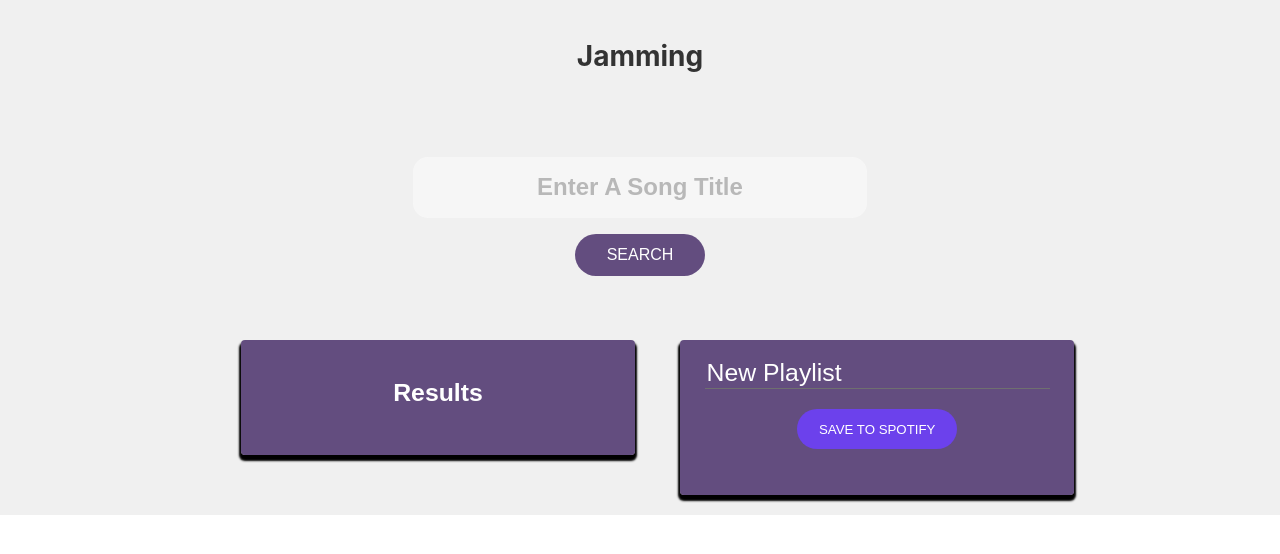
Repository: LolaSL/jamming
Page: /
The author's editor kept a copy of each file at every save. The page is drawn from the files as they stood at one save, then again after the next save.
The browser window is 1280 px wide. The pictures show the whole page.
The project was rebuilt for these pictures with package versions that can differ from the ones it lists, and the page was loaded fresh each time. Also part of the build but not shown: src/components/Track/Track.css, src/components/Track/Track.jsx.

Above is the page before, as saved 2023-06-23 17:56:23.

### src/App/App.js
import React, { useState, useCallback } from "react";
import "./App.css";

import Playlist from "../components/PlayList/PlayList.jsx";
import SearchBar from "../components/SearchBar/SearchBar";
import SearchResults from "../components/SearchResults/SearchResults";
import Spotify from "../utils/Spotify";

const App = () => {
  const [searchResults, setSearchResults] = useState([]);
  const [playlistName, setPlaylistName] = useState("New Playlist");
  const [playlistTracks, setPlaylistTracks] = useState([]);

  const search = useCallback(async (term) => {
    const results = await Spotify.search(term);
    setSearchResults(results);
  }, []);

  const addTrack = useCallback((track) => {
    if (playlistTracks.some((savedTrack) => savedTrack.id === track.id)) {
      return;
    }
    setPlaylistTracks((prevTracks) => [...prevTracks, track]);
  }, [playlistTracks]);

  const removeTrack = useCallback((track) => {
    setPlaylistTracks((prevTracks) =>
      prevTracks.filter((currentTrack) => currentTrack.id !== track.id)
    );
  }, []);

  const updatePlaylistName = useCallback((name) => {
    setPlaylistName(name);
  }, []);

  const savePlaylist = useCallback(async () => {
    const trackUris = playlistTracks.map((track) => track.uri);
    await Spotify.savePlaylist(playlistName, trackUris);
    setPlaylistName("New Playlist");
    setPlaylistTracks([]);
  }, [playlistName, playlistTracks]);

  return (
    <div className="App-container" data-testid="app-test">
      <h1>
        Jamming
      </h1>
      <SearchBar onSearch={search} />
      <div className="App-playlist">
          <SearchResults searchResults={searchResults} onAdd={addTrack} />
          <Playlist
            playlistName={playlistName}
            playlistTracks={playlistTracks}
            onNameChange={updatePlaylistName}
            onRemove={removeTrack}
            onSave={savePlaylist}
        />
      </div>
      </div>
  );
};

export default App;
;

### src/App/App.css
body,
html,
#root {
  height: 100%;

}

/* CSS for App-container */
.App-container {
  display: flex;
  flex-direction: column;
  align-items: center;
  padding: 20px;
  background-color: #f0f0f0;
}

/* CSS for h1 */
h1 {
  font-size: 28px;
  margin-bottom: 20px;
  color: #333;
}

/* CSS for SearchBar */
.SearchBar {
  display: flex;
  justify-content: center;
  align-items: center;
  margin-bottom: 20px;
}

/* CSS for App-playlist */
.App-playlist {
  display: grid;
  grid-template-columns: 1fr 1fr;
  grid-gap:80px;
}

/* CSS for SearchResults and Playlist components */
.SearchResults,
.Playlist {
  background-color: #fff;
  padding: 20px;
  border-radius: 4px;
  box-shadow: 0 2px 4px rgba(0, 0, 0, 0.1);
}

/*
.App-container{
  flex-wrap: wrap;
  height: 150%;
  padding: 0 17% 10% 17%;
  background-image: url('./background.jpg');
  opacity: 0.95;
  background-size: cover;
  overflow: hidden;
  background-position: center;
  background-repeat: no-repeat;
  font-family: 'Work Sans', sans-serif;
  font-weight: 500;
  color: #56649f;
  text-align: center;
  max-width: 100%;

}
h1{
  font-family:'Segoe UI', Tahoma, Geneva, Verdana, sans-serif;
  text-transform: uppercase;
  letter-spacing: 20px;
  color: #ffffff;
  font-size: 4rem;
  margin-top: 60px;
}
.App-playlist{
  display: flex;
  flex-wrap: wrap;
  align-items: justify;
  column-gap: 30px;
  width:500px;
  margin: 0 auto;

}

@media screen and (max-width: 400px) {
  .App-container {
    width: 70%;
    height: auto;
    align-items: center;
  }
}

@media screen and (max-width: 800px) {
  .App-container {
    width:75%;
    height: auto;
    align-items: center;
  }
}
@media only screen and (max-width: 1220px) {
  .App-container {
    width: 90%;
    height: auto;
    align-items: center;
  }
}
@media only screen and (max-width: 1620px) {
  .App-container {
    width: 100%;
    height: auto;
    align-items: center;
  }
} */

### src/components/PlayList/PlayList.jsx
import React, { useCallback } from "react";
import PropTypes from "prop-types";
import "./PlayList.css";
import TrackList from "../TrackList/TrackList";

const Playlist = ({
  onNameChange,
  playlistTracks,
  onRemove,
  onSave
}) => {
  const handleNameChange = useCallback((event) => {
    onNameChange(event.target.value);
  }, [onNameChange]);

  return (
    <div className="Playlist">
      <input onChange={handleNameChange} defaultValue={"New Playlist"} />
      <TrackList
        tracks={playlistTracks}
        isRemoval={true}
        onRemove={onRemove}
      />
      <button className="Playlist-save" onClick={onSave}>
        SAVE TO SPOTIFY
      </button>
    </div>
  );
};

Playlist.propTypes = {
  onNameChange: PropTypes.func,
  playlistTracks: PropTypes.array,
  onRemove: PropTypes.func,
  onSave: PropTypes.func
};

export default Playlist;

### src/components/SearchBar/SearchBar.jsx
import React, { useState, useCallback } from "react";
import "./SearchBar.css";

const SearchBar = ({ onSearch }) => {
  const [term, setTerm] = useState("");

  const handleTermChange = useCallback((event) => {
    setTerm(event.target.value);
  }, []);

  const search = useCallback(() => {
    onSearch(term);
  }, [onSearch, term]);

  return (
    <div className="SearchBar">
      <input placeholder="Enter A Song Title" onChange={handleTermChange} />
      <button className="SearchButton" onClick={search}>
        SEARCH
      </button>
    </div>
  );
};

export default SearchBar;

### src/components/SearchResults/SearchResults.jsx
import React from "react";
import "./SearchResults.css";
import TrackList from "../TrackList/TrackList";

const SearchResults = ({ searchResults, onAdd }) => {
  return (
    <div className="SearchResults">
      <h2>Results</h2>
      <TrackList tracks={searchResults} onAdd={onAdd} />
    </div>
  );
};

export default SearchResults;

### src/utils/Spotify.js
const clientId = 'a18dfb23f21c4bf69aa0c5c6ac72acdc'; // Insert client ID here.
const redirectUri = 'http://localhost:3000/'; // Have to add this to your accepted Spotify redirect URIs on the Spotify API.

let accessToken;

const Spotify = {
  getAccessToken() {
    if (accessToken) {
      return accessToken;
    }

    const accessTokenMatch = window.location.href.match(/access_token=([^&]*)/);
    const expiresInMatch = window.location.href.match(/expires_in=([^&]*)/);
    if (accessTokenMatch && expiresInMatch) {
      accessToken = accessTokenMatch[1];
      const expiresIn = Number(expiresInMatch[1]);
      window.setTimeout(() => accessToken = '', expiresIn * 1000);
      window.history.pushState('Access Token', null, '/'); // This clears the parameters, allowing us to grab a new access token when it expires.
      return accessToken;
    } else {
      const accessUrl = `https://accounts.spotify.com/authorize?client_id=${clientId}&response_type=token&scope=playlist-modify-public&redirect_uri=${redirectUri}`;
      window.location = accessUrl;
    }
  },

  async search(term) {
    const accessToken = Spotify.getAccessToken();
    const response = await fetch(`https://api.spotify.com/v1/search?type=track&q=${term}`, {
      headers: {
        Authorization: `Bearer ${accessToken}`
      }
    });
    const jsonResponse = await response.json();
    if (!jsonResponse.tracks) {
      return [];
    }
    return jsonResponse.tracks.items.map(track => ({
      id: track.id,
      name: track.name,
      artist: track.artists[0].name,
      album: track.album.name,
      popularity: track.popularity,
      uri: track.uri
    }));
  },

  savePlaylist(name, trackUris) {
    if (!name || !trackUris.length) {
      return;
    }

    const accessToken = Spotify.getAccessToken();
    const headers = { Authorization: `Bearer ${accessToken}` };
    let userId;

    return fetch('https://api.spotify.com/v1/me', { headers: headers }
    ).then(response => response.json()
    ).then(jsonResponse => {
      userId = jsonResponse.id;
      return fetch(`https://api.spotify.com/v1/users/${userId}/playlists`, {
        headers: headers,
        method: 'POST',
        body: JSON.stringify({ name: name })
      }).then(response => response.json()
      ).then(jsonResponse => {
        const playlistId = jsonResponse.id;
        return fetch(`https://api.spotify.com/v1/users/${userId}/playlists/${playlistId}/tracks`, {
          headers: headers,
          method: 'POST',
          body: JSON.stringify({ uris: trackUris })
        });
      });
    });
  }
};

export default Spotify;

### src/components/PlayList/PlayList.css
.Playlist {
    display: flex;
    flex-direction: column;
    align-items: center;
    justify-items: center;
    overflow-y: scroll;
    width: 100%;
    max-height: 900px;
    padding: 1.1rem;
    background-color: rgba(40, 9, 80, 0.7);
    box-shadow: 0 4px 2px 2px #000000;

  }

  .Playlist input {
    width: 95%;
    border: 0;
    outline: 0;
    background: transparent;
    border-bottom: 1px solid #6f6f6f;
    font-family: 'Poppins', sans-serif;
    font-size: 1.55rem;
    color: #fff;
  }

  .Playlist-save {
    cursor: pointer;
    width: 10rem;
    padding: .77rem 0;
    border-radius: 54px;
    border-width: 0px;
    margin-top: 1.27rem;
    background-color: #6c41ec;
    text-align: center;
    font-size: .83rem;
    transition: background-color .25s;
    color: #fff;
    font-weight: 500;
  }

  .Playlist-save:hover {
    background-color: rgba(108, 65, 233, .7);
  }

  ::-webkit-scrollbar {
      width: 0px;
      background: transparent;
  }

  @media screen and (min-width: 400px) {
    .Playlist {
      width: 70%;
      height: auto;
      align-items: center;
    }
  }

  @media screen and (min-width: 800px) {
    .Playlist {
      width:75%;
      height: auto;
    }
  }
  @media only screen and (max-width: 1220px) {
    .Playlist {
      width: 90%;
      height: auto;
      align-items: center;
    }
  }
  @media only screen and (max-width: 1620px) {
    .Playlist {
      width: 100%;
      height: auto;
      align-items: center;
    }
  }

### src/components/TrackList/TrackList.jsx
import React from "react";
import PropTypes from "prop-types";
import "./TrackList.css";
import Track from "../Track/Track";

const TrackList = ({ tracks, onAdd, isRemoval, onRemove }) => {
  return (
    <div className="TrackList">
      {tracks.map((track, index) => (
        <Track
          key={index}
          track={track}
          onAdd={onAdd}
          isRemoval={isRemoval}
          onRemove={onRemove}
        />
      ))}
    </div>
  );
};

TrackList.propTypes = {
  tracks: PropTypes.array,
  onAdd: PropTypes.func,
  onRemove: PropTypes.func,
  isRemoval: PropTypes.bool,
};

export default TrackList;

### src/components/SearchBar/SearchBar.css
.SearchBar {
  display: flex;
  flex-direction: column;
  align-items: center;
  padding-top: 4rem;
  margin-bottom: 4rem;
}

.SearchBar input {
  width: 450px;
  height: 25px;
  padding:1rem 0;
  border: 2px solid #fff;
  border-radius: 15px;
  margin-bottom: 1rem;
  color: black;
  font-weight: 600;
  text-align: center;
  font-size: 1.5rem;
  opacity: 0.45;
  z-index: 1;
}

.SearchBar input:focus {
  outline: none;
}

.SearchButton {
  cursor: pointer;
  width: 8.11rem;
  padding: 0.77rem 0;
  border-radius: 54px;
  background-color: rgba(40, 9, 80, 0.7);
  text-align: center;
  font-size: 1rem;
  transition: background-color 0.25s;
  border: 0px;
  color: #fff;
  font-weight: 500;
}

.SearchButton:hover {
  background-color: rgba(108, 65, 233, 0.7);
}

### src/components/SearchResults/SearchResults.css
.SearchResults {
  display: flex;
  flex-direction: column;
  align-items: left;
  overflow-y: scroll;
  width: 38%;
  max-height: 900px;
  padding: 1.1rem;
  background-color: rgba(40, 9, 80, 0.7);
  box-shadow: 0 4px 2px 2px #000000;
  gap: 10px;

  }
  h2{
    font-family: 'Poppins', sans-serif;
    color: #ffffff;
    text-align: left;
    font-size: 1.55rem;
  }
  ::-webkit-scrollbar {
      width: 0px;
      background: transparent;
  }

  /* @media only screen and (max-width: 1020px) {
    .SearchResults {
      width: 90%;
      margin-bottom:2.5rem;
    }
  } */

  @media screen and (min-width: 400px) {
    .SearchResults {
      width: 70%;
      margin-bottom:1.5rem;
      align-items: center;
    }
  }

  @media screen and (min-width: 800px) {
    .SearchResults {
      width:75%;
      margin-bottom:2rem;
      align-items: center;
    }
  }
  @media only screen and (max-width: 1220px) {
    .SearchResults {
      width: 90%;
      margin-bottom:2.5rem;
      align-items: center;
    }
  }
  @media only screen and (max-width: 1620px) {
    .SearchResults {
      width: 100%;
      margin-bottom:2.5rem;
      align-items: center;
    }
  }

### src/components/TrackList/TrackList.css
.TrackList {
    width: 100%;
    overflow-y: scroll;
  }

  @media screen and (max-width: 400px) {
    .TrackList {
      width: 70%;
      height: auto;
      align-items: center;
    }
  }

  @media screen and (max-width: 800px) {
    .TrackList {
      width:75%;
      height: auto;
      align-items: center;
    }
  }
  @media only screen and (max-width: 1220px) {
    .TrackList {
      width: 90%;
      height: auto;
      align-items: center;
    }
  }
  @media only screen and (max-width: 1620px) {
    .TrackList {
      width: 100%;
      height: auto;
      align-items: center;
    }
  }

Loaded but not shown: public/index.html (common file); src/index.js (common file); src/index.css (common file); src/reportWebVitals.js (common file)

After the next save:
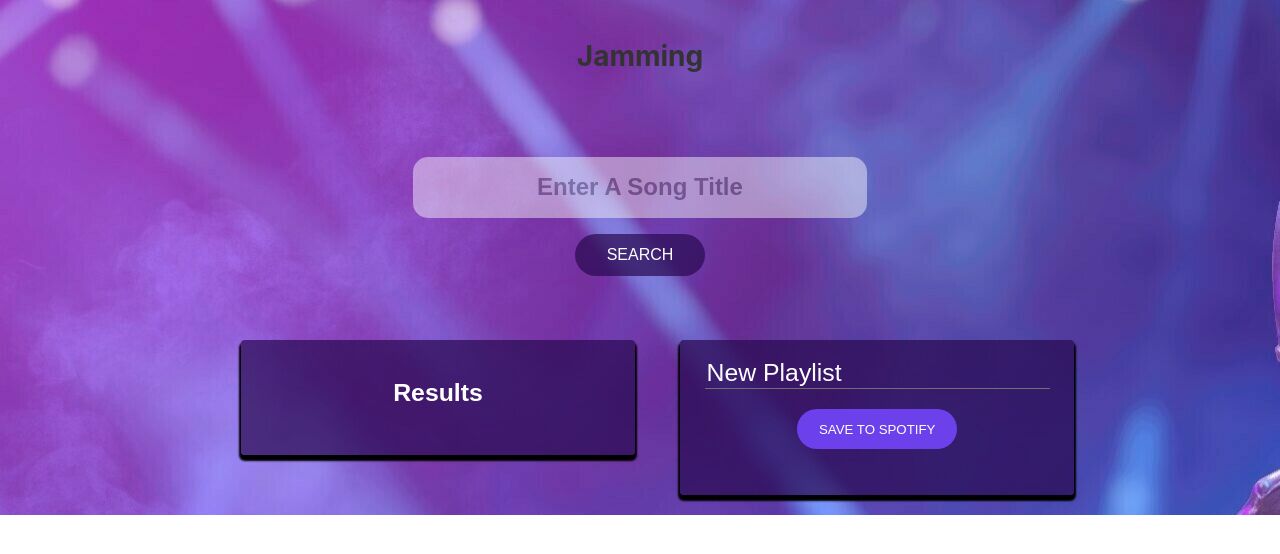
Saved 28 s later.
--- a/src/App/App.css
+++ b/src/App/App.css
@@ -12,6 +12,7 @@ html,
   align-items: center;
   padding: 20px;
   background-color: #f0f0f0;
+  background-image: url('./background.jpg');
 }
 
 /* CSS for h1 */
